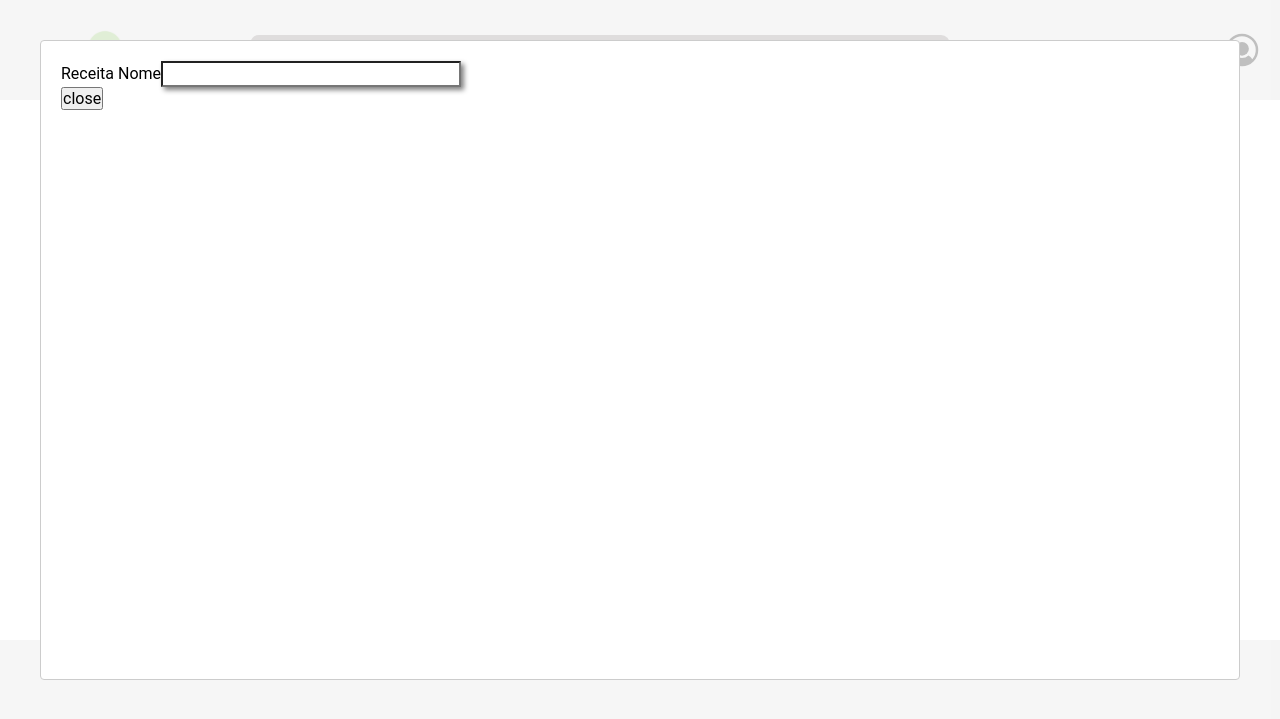
Repository: GabrielEduardoBrambilla/receitas-online
Page: /, after clicking the first element matching `button`
These files come from the project's save history. The page is drawn as it stood at one moment and after the next save; the edit follows.
The browser window is 1280 px wide. The pictures show the whole page.
The project was rebuilt for these pictures with package versions that can differ from the ones it lists, and the page was loaded fresh each time. Also part of the build but not shown: vite.config.js.

Above is the page before, as saved 2024-04-15 21:25:35.

### src/pages/Home/index.jsx
import React from 'react'
import { Container, TitleWrapper, CardWrapper } from './styles'
import { Navbar } from '../../components/Navbar'
import { RecipeCard } from '../../components/RecipeCard'
import { RecipeRegisterModal } from '../../components/RecipeRegisterModal'

export function Home() {
  return <Container>
    <Navbar />
    <main>
      <TitleWrapper>
        <h2>Receitas</h2>
        <RecipeRegisterModal buttonText="Cadastrar - Receita"/>
      </TitleWrapper>

      <CardWrapper>
        <RecipeCard />
        <RecipeCard />
        <RecipeCard />
        <RecipeCard />
        <RecipeCard />
        <RecipeCard />
      </CardWrapper>
    </main>

    <footer></footer>
  </Container>
}

### src/styles/global.js
import { createGlobalStyle } from 'styled-components'

export const GlobalStyle = createGlobalStyle`
  * {
    margin: 0;
    padding: 0;
    box-sizing: border-box;
  }

  :focus {
    outline: none;
  }

  body {
    -webkit-font-smoothing: antialiased;
  }

  body, input, textarea, button {
    font-family: 'Roboto', sans-serif;
    font-weight: 400;
    font-size: 1rem;
  }
`

### src/pages/Home/styles.js
import styled from 'styled-components'

export const Container = styled.div`
  display: flex;
  justify-content: space-between;
  flex-direction: column;
  min-height: 100vh;

  > main {
    display: flex;
    flex-direction: column;
    gap: 24px;
    justify-content: center;
    align-items: c;
    /* min-height: 80vh; */
    max-width: 1000px;
    margin: auto;
  }

  > footer {
    height: 80px;
    width: 100%;
    background-color: #d9d9d9;
  }
`
export const TitleWrapper = styled.div`
  display: flex;
  gap: 16px;

  font-size: 24px;
  font-weight: bold;

  > button {
    font-size: 16px;
    line-height: 0%;
    font-weight: bold;
    color: white;
    background-color: #85bb5d;
    border-radius: 9px;
    border: none;
    padding: 5px 34px;
  }
`
export const CardWrapper = styled.div`
  display: grid;
  grid-template-columns: 1fr 1fr;
  gap: 16px;
`

### src/components/Navbar/index.jsx
import {
  Container, LogoContainer,
  SearchForm,
  UserWrapper
} from './styles'
import Logo from '../../assets/Logo.svg'
import { UserCircle, MagnifyingGlass, Heart } from 'phosphor-react'

export function Navbar() {
  return (
    <Container>

      <LogoContainer>
        <img src={Logo} alt="" />
      </LogoContainer>


      <SearchForm>
        <label htmlFor="search">
          <MagnifyingGlass size={16} weight="bold" />
        </label>
        <input type="text" id='search' placeholder='Procure sua receita aqui' />
      </SearchForm>


      <UserWrapper>
        <p>Username</p>
        <UserCircle size={40} weight="fill" />

      </UserWrapper>


    </Container>
  )
}

### src/components/RecipeCard/index.js
import React from 'react'
import { Container } from './styles'

export function RecipeCard() {
  return <Container>Home</Container>
}

### src/components/RecipeRegisterModal/index.jsx
import React from 'react'
import { Container } from './styles'
import { DefaultModal } from '../DefaultModal'
import { InputForm } from '../InputForm'

export function RecipeRegisterModal({buttonText}) {
  return <DefaultModal buttonText={buttonText}>
    <form>
      <InputForm name="recipeName" displayName="Receita Nome"/>
    </form>
  </DefaultModal>
}

### src/components/Navbar/styles.js
import styled from 'styled-components'

export const Container = styled.div`
  display: flex;
  flex: 1;
  justify-content: space-between;
  align-items: center;

  background-color: #d9d9d9;
  max-height: 100px;

  padding: 0px 10px 0px 80px;
`
export const LogoContainer = styled.div`
  > img {
    width: 50px;
    height: 50px;
    object-fit: cover;
  }
`
export const SearchForm = styled.form`
  display: flex;
  gap: 16px;
  align-items: center;
  width: 700px;
  height: 30px;
  background-color: #7f7777;
  border-radius: 9px;
  padding: 6px 16px;

  > input {
    background-color: #7f7777;
    border: none;
    color: white;

    &::placeholder {
      color: white;
    }
  }
`
export const UserWrapper = styled.div`
  display: flex;
  gap: 16px;
  align-items: center;
  padding: 8px;
  border-radius: 6px;

  > p {
    font-size: 28px;
    font-weight: 500;
  }
`

### src/components/RecipeCard/styles.js
import styled from 'styled-components'
export const Container = styled.div`
  background-color: #d9d9d9;
  padding: 16px 12px 12px 16px;
  border-radius: 9px;
  width: 100%;
  max-width: 555px;

  > h3 {
    font-size: 22px;
    margin-bottom: 6px;
  }
  > p {
    font-size: 16px;
    font-weight: normal;
  }
`

### src/components/RecipeRegisterModal/styles.js
import styled from 'styled-components'
export const Container = styled.div``

### src/components/DefaultModal/index.jsx
import React from 'react'
import { Container } from './styles'
import Modal from 'react-modal'

export function DefaultModal({buttonText, children}) {
  const [modalIsOpen, setIsOpen] = React.useState(false);

  function openModal() {
    setIsOpen(true);
  }

  function closeModal() {
    setIsOpen(false);
  }

  return <Container>
      <button onClick={openModal}>{buttonText}</button>
      <Modal
        isOpen={modalIsOpen}
        onRequestClose={closeModal}
      >
        {children}
        <button onClick={closeModal}>close</button>
      </Modal>
  </Container>
}

### src/components/InputForm/index.jsx
import React from 'react'
import { Container, Input, Label } from './styles'

export function InputForm({name, displayName}) {
  return <Container>
    <Label htmlFor={name}>{displayName}</Label>
    <Input type="text" name={name} />
  </Container>
}

### src/components/DefaultModal/styles.js
import styled from 'styled-components'
export const Container = styled.div``

### src/components/InputForm/styles.js
import styled from 'styled-components'
export const Container = styled.div``
export const Input = styled.input`
  padding: 3px;
  box-shadow: 3px 3px 5px grey;
  font-size: 14px;
  font-weight: 600;
  width: 300px;
`
export const Label = styled.label`

`

Loaded but not shown: index.html (common file); src/main.jsx (common file); src/App.jsx (common file)

After the next save:
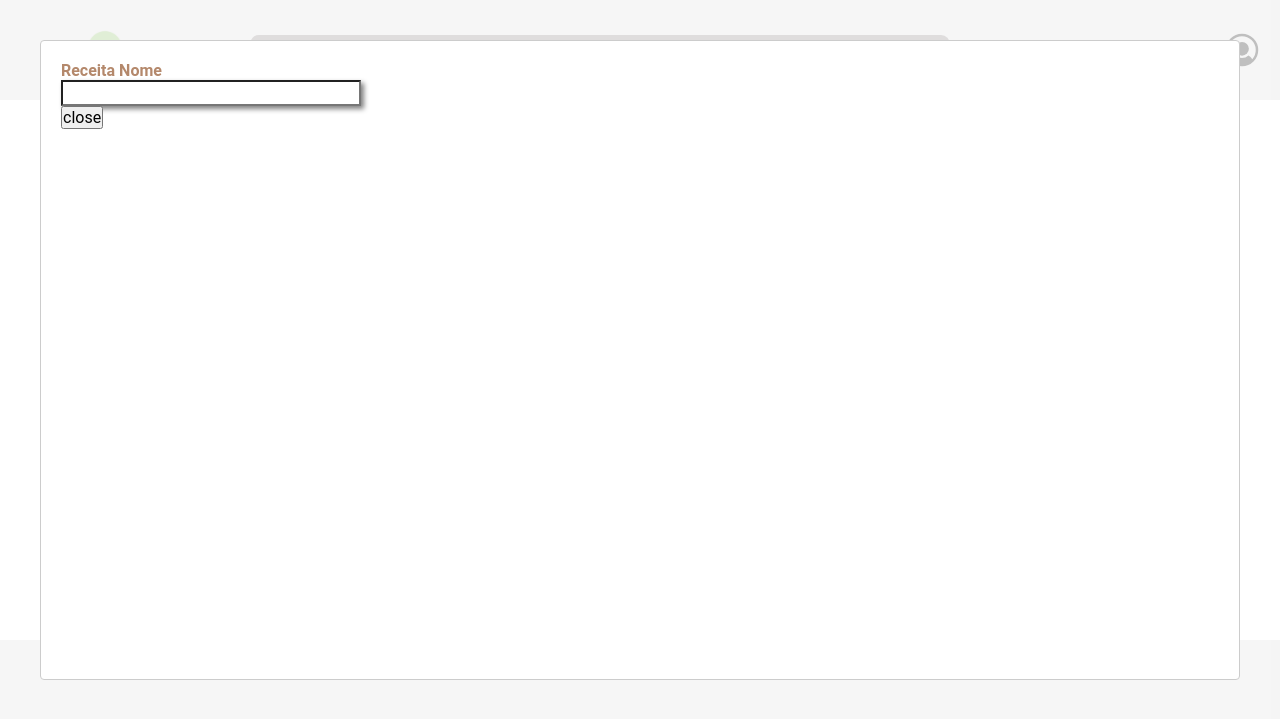
Saved 25 s later.
--- a/src/components/InputForm/styles.js
+++ b/src/components/InputForm/styles.js
@@ -8,5 +8,7 @@ export const Input = styled.input`
   width: 300px;
 `
 export const Label = styled.label`
-
+  color: #B4886B;
+  font-weight: bold;
+  display: block;
 `
